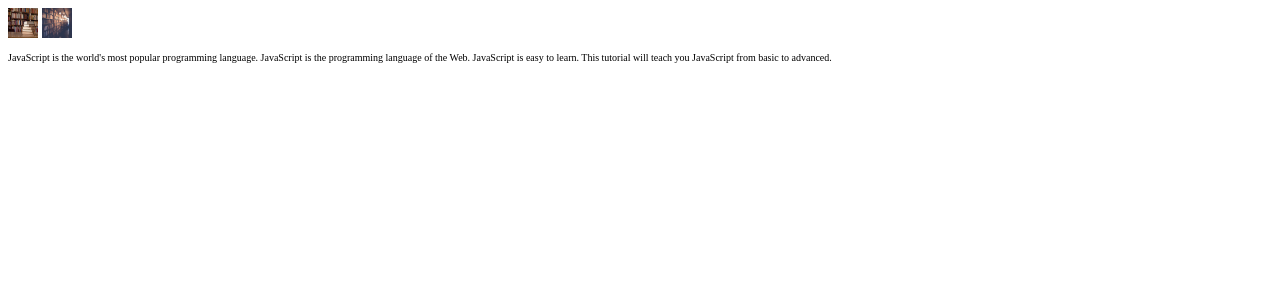
Repository: venkatesakki/JavaDeveloper
Page: javascript_example/src/main/webapp/dom_parsing.html
An editor plug-in stored every save of this project. The page is shown before and after the next save, followed by the edit.
The browser window is 1280 px wide. The pictures show the whole page.
After loading, the first visible `#increment` was clicked once.

Above is the page before, as saved 2022-06-28 12:23:14.
Console error: ReferenceError: font is not defined

### javascript_example/src/main/webapp/dom_parsing.html
<!DOCTYPE html>
<html>
<head>
<meta charset="UTF-8">
<title>Dom Parsing</title>
<style>
.icon
{
width:30px;
height:30px;
}

.fontSizeUp{

font-size:1.2em;

}
.fontSizeDw{

font-size:0.8em;

}
</style>
</head>
<body>
<img src="images/sample.jpg" id="increment" alt="Increse Font Size" class="icon">
<img src="images/sample1.jpeg" id="decrement" alt="Increse Font Size" class="icon">
<p id="firstPara">

JavaScript is the world's most popular programming language.

JavaScript is the programming language of the Web.

JavaScript is easy to learn.

This tutorial will teach you JavaScript from basic to advanced.
</p>
<script type="text/javascript" src="scripts/domparsing.js"></script>
</body>
</html>

### javascript_example/src/main/webapp/scripts/domparsing.js
/**
 *
 */

function incFontSize(){

	var para=document.getElementById("firstPara");

	//para.setAttribute("class","fontSizeUp");
	para.setAttribute("style","font-size:"+'10px');
	font++;


}
function decFontSize(){

	var para=document.getElementById("firstPara");

	para.setAttribute("class","fontSizeDw");
	//para.setAttribute("style","font-size:"+'10px');


}

function addClickEvent(){

	var imgRef =document.getElementById("increment");

	imgRef.addEventListener('click',incFontSize);

	var imgRef =document.getElementById("decrement");

	imgRef.addEventListener('click',decFontSize);
}

(function(){
	addClickEvent();

})();

After the next save:
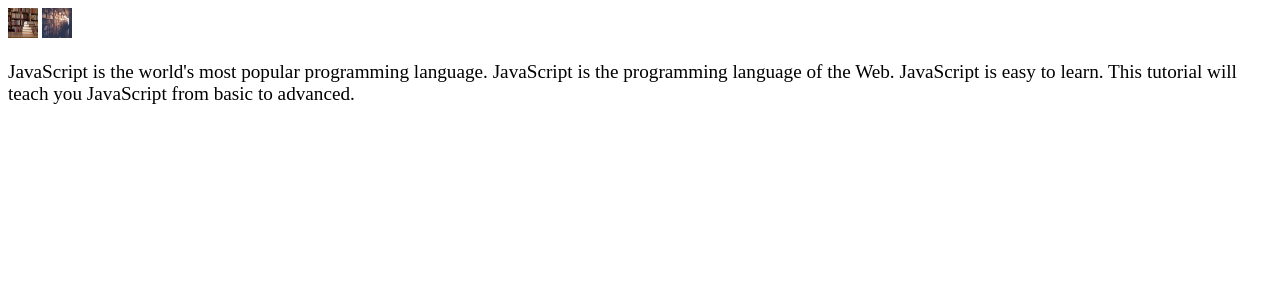
The error is gone.
Saved 23 s later.
--- a/javascript_example/src/main/webapp/scripts/domparsing.js
+++ b/javascript_example/src/main/webapp/scripts/domparsing.js
@@ -6,9 +6,9 @@ function incFontSize(){
 
 	var para=document.getElementById("firstPara");
 
-	//para.setAttribute("class","fontSizeUp");
-	para.setAttribute("style","font-size:"+'10px');
-	font++;
+	para.setAttribute("class","fontSizeUp");
+	//para.setAttribute("style","font-size:"+'10px');
+	//font++;
 
 
 }
